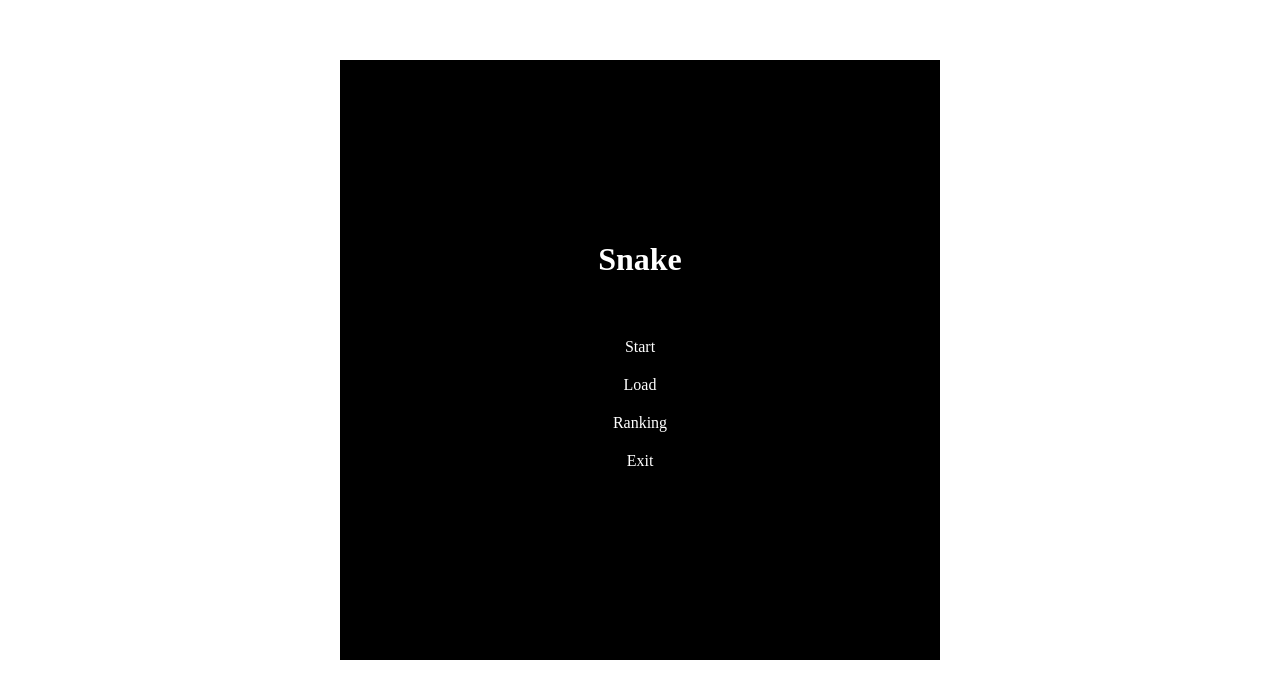
Repository: myeongbaek/SnakeGame_Team07
Page: index.html
The author's editor kept a copy of each file at every save. The page is drawn from the files as they stood at one save, then again after the next save.
The browser window is 1280 px wide. The pictures show the whole page.

Above is the page before, as saved 2022-04-16 13:27:57.

### index.html
<!DOCTYPE html>
<html lang="en">
  <head>
    <meta charset="UTF-8" />
    <meta http-equiv="X-UA-Compatible" content="IE=edge" />
    <meta name="viewport" content="width=device-width, initial-scale=1.0" />
    <title>Snake</title>
    <link rel="stylesheet" href="style.css" />
  </head>
  <body>
    <div id="App"></div>
    <script src="index.js" type="module"></script>
  </body>
</html>

### style.css
* {
  margin: 0;
  padding: 0;
  box-sizing: border-box;
  -ms-user-select: none;
  -moz-user-select: -moz-none;
  -khtml-user-select: none;
  -webkit-user-select: none;
  user-select: none;
}

#App {
  width: 100vw;
  height: 100vh;
  display: flex;
  justify-content: center;
  align-items: center;
}

.box {
  width: 600px;
  height: 600px;
  background-color: black;
  display: flex;
  flex-direction: column;
  justify-content: center;
  align-items: center;
}

.box h1 {
  color: white;
  padding-bottom: 50px;
}

.btn {
  position: relative;
  cursor: pointer;
  display: flex;
  justify-content: center;
  align-items: center;
  text-align: center;
  white-space: nowrap;
  margin: 5px;
  padding: 5px;
  color: white;
}

.btn:hover::after {
  content: "";
  width: 5px;
  height: 5px;
  border-left: 3px solid white;
  border-bottom: 3px solid white;
  position: absolute;
  right: -20px;
  transform: rotateZ(45deg);
}

.btn:hover::before {
  content: "";
  width: 5px;
  height: 5px;
  border-right: 3px solid white;
  border-bottom: 3px solid white;
  position: absolute;
  left: -20px;
  transform: rotateZ(-45deg);
}

canvas {
  position: relative;
}

.overlay {
  position: absolute;
  top: 0;
  bottom: 0;
  right: 0;
  left: 0;
  background-color: rgba(0, 0, 0, 0.5);
  display: flex;
  justify-content: center;
  align-items: center;
  z-index: 99;
}

.modal {
  width: 300px;
  height: 300px;
  border: 3px solid white;
  border-radius: 20px;
  background-color: black;
  color: white;
  display: flex;
  justify-content: center;
  align-items: center;
  flex-direction: column;
}

.modal h1 {
  padding-bottom: 20px;
}

.modal span {
  margin: 5px 0px;
  padding: 5px 0px;
}

input {
  width : 100px;
}

### index.js
import App from "./App.js";

new App({ $target: document.getElementById("App") });

### App.js
import MainScreen from "./MainScreen.js";

export default class App {
  constructor({ $target }) {
    this.mainScreen = new MainScreen({
      $target,
    });
  }
}

### MainScreen.js
import Game from "./Game.js";

export default class MainScreen {
  $target;
  $screen;
  game;
  constructor({ $target }) {
    this.$target = $target;

    this.$screen = document.createElement("div");
    this.$screen.classList = "box";
    this.game = new Game({ $target, renderMain: this.render });

    this.render();
  }

  render = () => {
    console.log(this);
    this.$screen.innerHTML = `
        <h1>Snake</h1>
        <span class="start btn">Start</span>
        <span class="load btn">Load</span>
        <span class="rank btn">Ranking</span>
        <span class="btn">Exit</span>
    `;
    this.$target.innerHTML = ``;
    this.$target.appendChild(this.$screen);
    const onStartClick = () => {

      this.game.setUp();
      this.game.gameLoop();
    };
    const startBtn = this.$screen.querySelector(".start");
    startBtn.addEventListener("click", onStartClick);

    /*
      here we need to make the rest of the buttons in main screen work

      line 36 to 39 is function to start the game

      line 40 grabs the start button from the page and let you work with it

      line 41 registers the game-start function to the start button
    */
    const onLoadClick = () => {

      this.game.state = JSON.parse(localStorage.getItem("state"));

      this.game.setUp();
      this.game.gameLoop();


      /*
        load the saved data, then start the game
        google about "localStorage" in JavaScript
      */
    };
    const loadBtn = this.$screen.querySelector(".load");
    loadBtn.addEventListener("click", onLoadClick);



    /*
      grab the load button, then register the function
    */

    const rankingBtn = this.$screen.querySelector(".rank");
    rankingBtn.addEventListener("click", () => onRankClick());

    const onRankClick = () => {
      let rankarr = JSON.parse(localStorage.getItem("rankData"));
      this.$target.innerHTML = ``;
      this.$target.appendChild(this.$screen);

      console.log(rankarr[0].score);
      this.$screen.innerHTML = `
        <h1>Rank</h1>
        <span>${rankarr[0].username} : ${rankarr[0].score}</span>
      `;

    }
    /*
      same with the ranking

      I don't think we need to make exit feature since we're on web
    */
  };
}

### Game.js
import { CompareRank, GenerateFruitPosition } from "./utils.js";

export default class Game {
  $target;
  $canvas;
  $canvasContext;

  intervalId;
  isPaused = false;
  isKeyPressed = false;
  renderMain;

  state = {

    playerPos: {
      x: 20,
      y: 20,
    },
    score: 0,
    gridSize: 15,
    tileCount: 40,
    trail: [],
    tail: 5,
    velocity: {
      x: 0,
      y: -1,
    },
    fruitPos: { x: 5, y: 5 },
  };

  constructor({ $target, renderMain }) {
    this.$target = $target;
    this.renderMain = renderMain;
  }

  setState(nextState) {
    this.state = {
      ...this.state,
      ...nextState,
    };
  }
  setUp() {
    this.$target.innerHTML = `
        <canvas id="canvas" width="600" height="600"></canvas>
    `;
    this.$canvas = document.getElementById("canvas");
    this.$canvasContext = this.$canvas.getContext("2d");
    addEventListener("keydown", (event) => this.keyPress(event));
  }

  keyPress(event) {
    if (this.isKeyPressed || this.isPaused) return;
    switch (event.key) {
      case "ArrowUp":
        this.state.velocity.y !== 1
          ? this.setState({ velocity: { x: 0, y: -1 } })
          : null;
        this.isKeyPressed = true;
        break;
      case "ArrowDown":
        this.state.velocity.y !== -1
          ? this.setState({ velocity: { x: 0, y: 1 } })
          : null;
        this.isKeyPressed = true;
        break;
      case "ArrowLeft":
        this.state.velocity.x !== 1
          ? this.setState({ velocity: { x: -1, y: 0 } })
          : null;
        this.isKeyPressed = true;
        break;
      case "ArrowRight":
        this.state.velocity.x !== -1
          ? this.setState({ velocity: { x: 1, y: 0 } })
          : null;
        this.isKeyPressed = true;
        break;
      case "Escape":
        clearInterval(this.intervalId);
        this.pause();
        break;
    }
  }

  pause() {
    this.isPaused = true;

    const overlay = document.createElement("div");
    overlay.classList = "overlay";

    const modal = document.createElement("div");
    modal.classList = "modal";

    modal.innerHTML = `
        <h1>Pause</h1>
        <span class="btn resume">Resume</span>
        <span class="btn restart">Restart</span>
        <span class="btn save">Save</span>
        <span class="btn exit">Exit</span>
      `;

    overlay.appendChild(modal);
    this.$target.appendChild(overlay);

    const resume = this.$target.querySelector(".resume");
    resume.addEventListener("click", () => {
      this.isPaused = false;
      this.$target.removeChild(overlay);
      this.gameLoop();
    });

    const restart = this.$target.querySelector(".restart");
    restart.addEventListener("click", () => {
      this.isPaused = false;
      this.$target.removeChild(overlay);
      this.setState({
        ...this.state,
        score: 0,
        playerPos: { x: 20, y: 20 },
        fruitPos: GenerateFruitPosition([], this.state.tileCount),
        velocity: { x: 0, y: -1 },
        trail: [],
        tail: 5,
      });
      this.gameLoop();
    });

    /*
      need to implement saving feature with localStorage
      according to the assignment guide, we should save data then go back to main screen
    */

    /*
      Exit should bring the player back to main screen
    */
    const save = this.$target.querySelector(".save");
    save.addEventListener("click", () => {
      this.isPaused = false;
      this.$target.removeChild(overlay);
      clearInterval(this.intervalId);
      localStorage.setItem("state", JSON.stringify(this.state));
      this.setState({
        ...this.state,
        score: 0,
        playerPos: { x: 20, y: 20 },
        fruitPos: GenerateFruitPosition([], this.state.tileCount),
        velocity: { x: 0, y: -1 },
        trail: [],
        tail: 5,
      });

      clearInterval(this.intervalId);
      this.renderMain();
    });






    const exit = this.$target.querySelector(".exit");
    exit.addEventListener("click", () => {
      this.isPaused = false;
      this.setState({
        playerPos: {
          x: 20,
          y: 20,
        },
        score: 0,
        gridSize: 15,
        tileCount: 40,
        trail: [],
        tail: 5,
        velocity: {
          x: 0,
          y: -1,
        },
        fruitPos: GenerateFruitPosition([], this.state.tileCount),
      });
      clearInterval(this.intervalId);
      this.renderMain();
    });


  }

  move() {
    this.setState({
      ...this.state,
      playerPos: {
        x: this.state.playerPos.x + this.state.velocity.x,
        y: this.state.playerPos.y + this.state.velocity.y,
      },
    });
  }

  isGameOver() {
    // out of bound check

    if (
      this.state.playerPos.x < 0 ||
      this.state.playerPos.x > this.state.tileCount - 1 ||
      this.state.playerPos.y < 0 ||
      this.state.playerPos.y > this.state.tileCount - 1
    ) {
      return true;
    }


    for (var i = 0; i < this.state.trail.length - 1; i++) {
      if (
        this.state.playerPos.x === this.state.trail[i].x &&
        this.state.playerPos.y === this.state.trail[i].y
      ) {
        return true;
      }
    }

    return false;
  }

  updateFruit() {
    this.setState({
      fruitPos: GenerateFruitPosition(this.state.trail, this.state.tileCount),
    });
  }

  render() {
    this.move();
    this.isKeyPressed = false;


    if (this.isGameOver()) {
      /*
        when the game is over,
        instead of just going back to main screen,
        we should display a modal screen and
        show how much score did the player get,
        then save the data to localStorage for 'ranking' in the main screen
      */

      const overlay = document.createElement("div");
      overlay.classList = "overlay";

      const modal = document.createElement("div");
      modal.classList = "modal";

      modal.innerHTML = `
            <h1>You died</h1>
            <span class="score">Score : ${this.state.score}</span>
            <form>
            <input type="text" id="UserName" placeholder="username"></input>
            <button>-></button>
            </form>

            <span class="btn exit">Exit</span>
          `;

      overlay.appendChild(modal);
      this.$target.appendChild(overlay);

      const isBntOnClick = (event) => {
        event.preventDefault();
        const rankData = { username: username.value, score: this.state.score };
        console.log(this);
        let savedData = JSON.parse(localStorage.getItem("rankData"));
        savedData === null ? savedData = [] : savedData;

        savedData.push(rankData);
        savedData.sort(CompareRank);
        if (savedData.length > 10) {
          savedData.pop();
        }
        localStorage.setItem("rankData", JSON.stringify(savedData));
        // only 1~10 scores are saved to local storage


        this.setState({
          playerPos: {
            x: 20,
            y: 20,
          },
          score: 0,
          gridSize: 15,
          tileCount: 40,
          trail: [],
          tail: 5,
          velocity: {
            x: 0,
            y: -1,
          },
          fruitPos: GenerateFruitPosition([], this.state.tileCount),
        });
        return this.renderMain();

      }
      const username = document.getElementById("UserName")
      const userform = document.querySelector("form");
      userform.addEventListener("submit", (event) => isBntOnClick(event));

      const exit = this.$target.querySelector(".exit");
      exit.addEventListener("click", () => {
        this.isPaused = false;
        this.setState({
          playerPos: {
            x: 20,
            y: 20,
          },
          score: 0,
          gridSize: 15,
          tileCount: 40,
          trail: [],
          tail: 5,
          velocity: {
            x: 0,
            y: -1,
          },
          fruitPos: GenerateFruitPosition([], this.state.tileCount),
        });
        clearInterval(this.intervalId);
        this.renderMain();
      });

      clearInterval(this.intervalId);
    }

    this.$canvasContext.fillStyle = "black";
    this.$canvasContext.fillRect(0, 0, this.$canvas.width, this.$canvas.height);

    this.state.trail.push({
      x: this.state.playerPos.x,
      y: this.state.playerPos.y,
    });

    while (this.state.trail.length > this.state.tail) this.state.trail.shift();

    this.$canvasContext.fillStyle = "lime";
    this.state.trail.forEach((body) => {
      this.$canvasContext.fillRect(
        body.x * this.state.gridSize,
        body.y * this.state.gridSize,
        this.state.gridSize - 2,
        this.state.gridSize - 2
      );
    });

    if (
      this.state.playerPos.x === this.state.fruitPos.x &&
      this.state.playerPos.y === this.state.fruitPos.y
    ) {
      this.updateFruit();
      this.state.tail++;
      this.state.score++;

    }
    localStorage.setItem("score", this.state.score)

    this.$canvasContext.fillStyle = "red";
    this.$canvasContext.fillRect(
      this.state.fruitPos.x * this.state.gridSize,
      this.state.fruitPos.y * this.state.gridSize,
      this.state.gridSize - 2,
      this.state.gridSize - 2
    );
  }

  gameLoop() {
    this.intervalId = setInterval(() => {
      this.render();
    }, 1000 / 15);
  }
}

### utils.js
export function GenerateFruitPosition(trail, tileCount) {
  let x, y;
  while (true) {
    x = Math.floor(Math.random() * tileCount);
    y = Math.floor(Math.random() * tileCount);

    let flag = true;
    for (var i = 0; i < trail.length; i++) {
      if (x == trail[i].x && y == trail[i].y) flag = false;
    }
    if (flag) break;
  }
  return { x, y };
}


export function CompareRank(r1, r2) {
  return r2.score - r1.score;
}

After the next save:
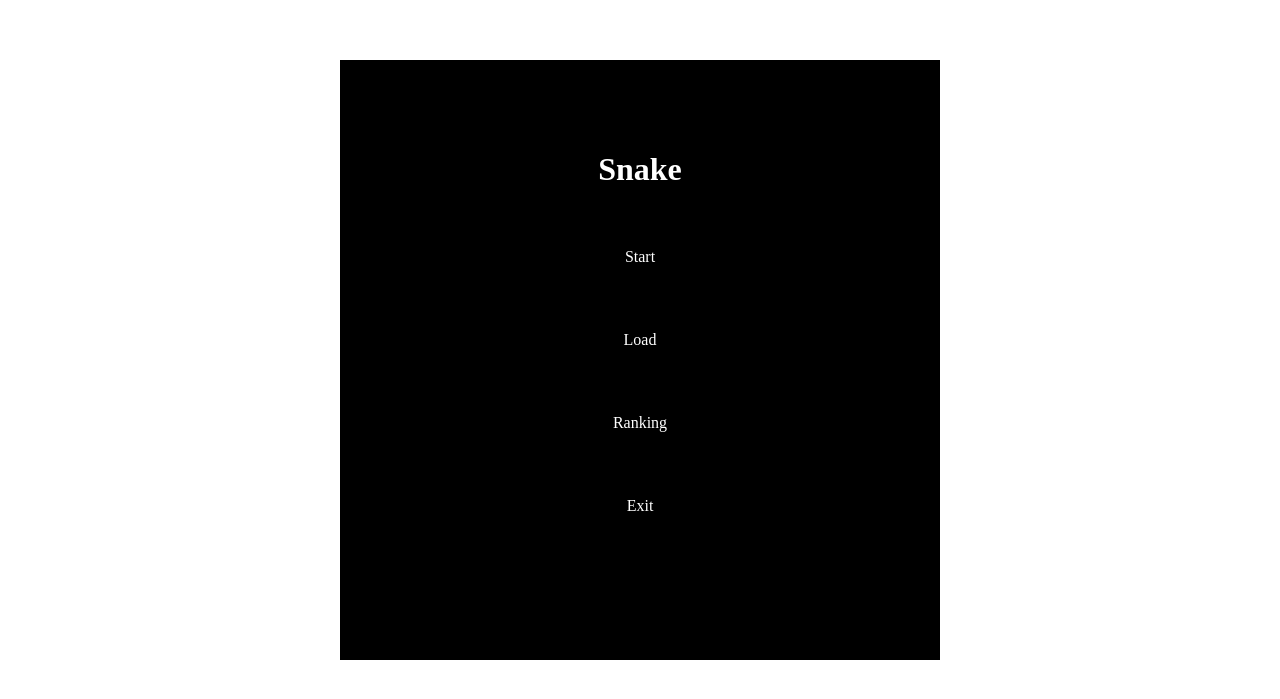
Saved 80 s later.
--- a/style.css
+++ b/style.css
@@ -28,6 +28,11 @@
 }
 
 .box h1 {
+  color: white;
+  padding-bottom: 50px;
+}
+
+.box span {
   color: white;
   padding-bottom: 50px;
 }

After the save that followed:
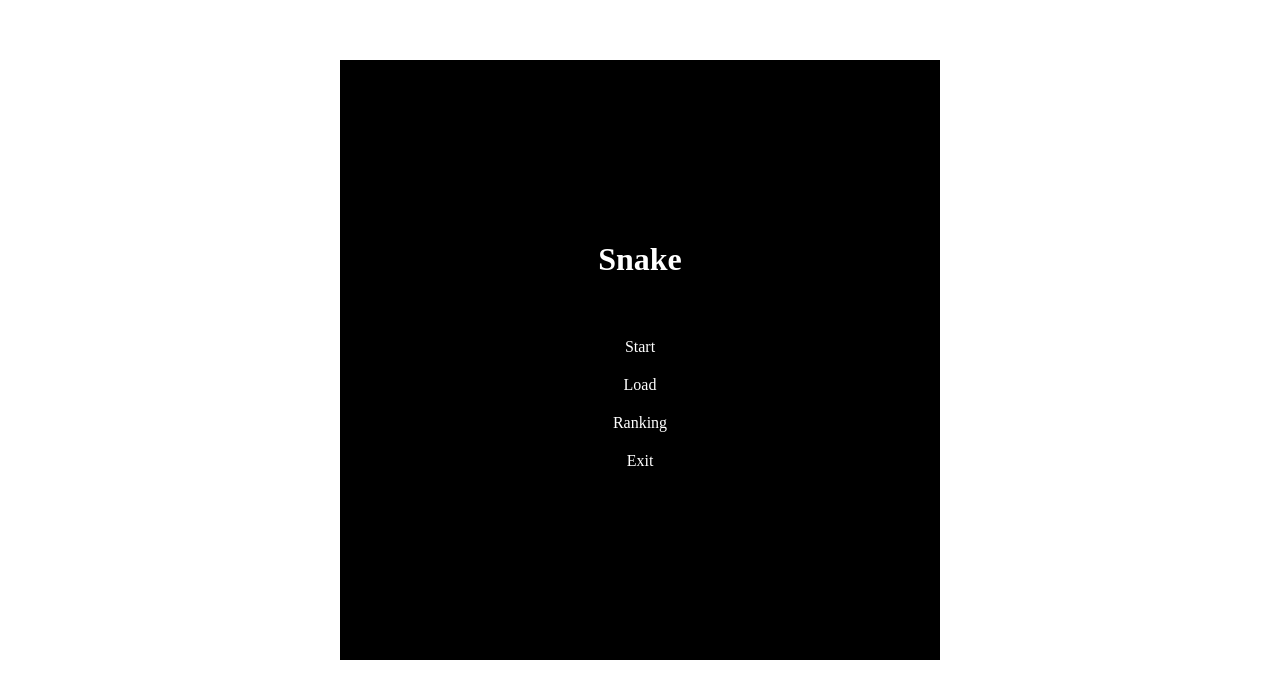
Saved 7 s later.
--- a/style.css
+++ b/style.css
@@ -34,7 +34,6 @@
 
 .box span {
   color: white;
-  padding-bottom: 50px;
 }
 
 .btn {
